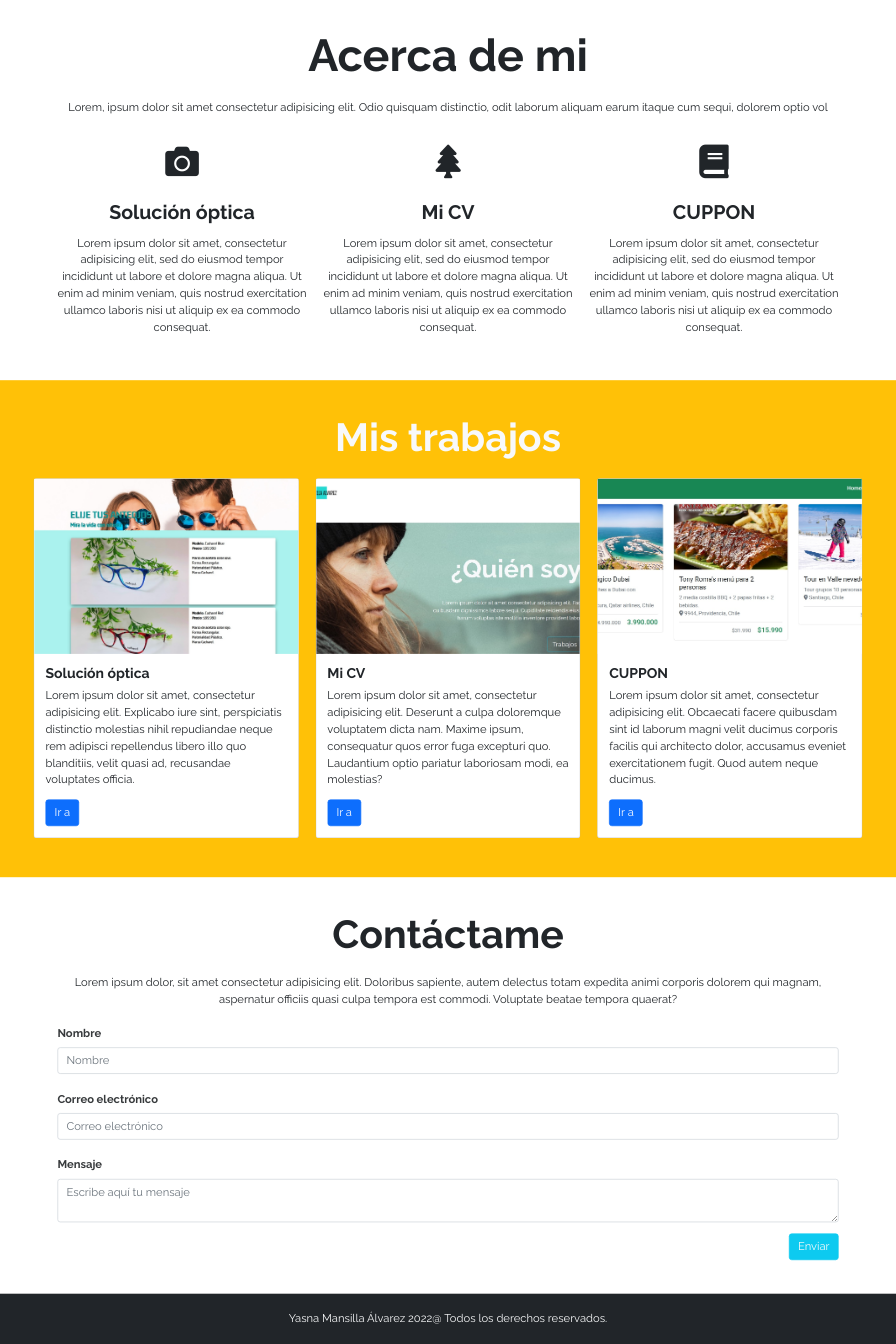
Repository: Yasna2112/Portafolio-final
Page: index.html
An editor plug-in stored every save of this project. The page is shown before and after the next save, followed by the edit.
The browser window is 1280 px wide. The pictures show the part of the page from y = 703 to 2623 px (the page is 2623 px tall), at 70% of full size.
Some web libraries are served in a nearby version.

Above is the page before, as saved 2022-07-23 07:44:41.

After the next save:
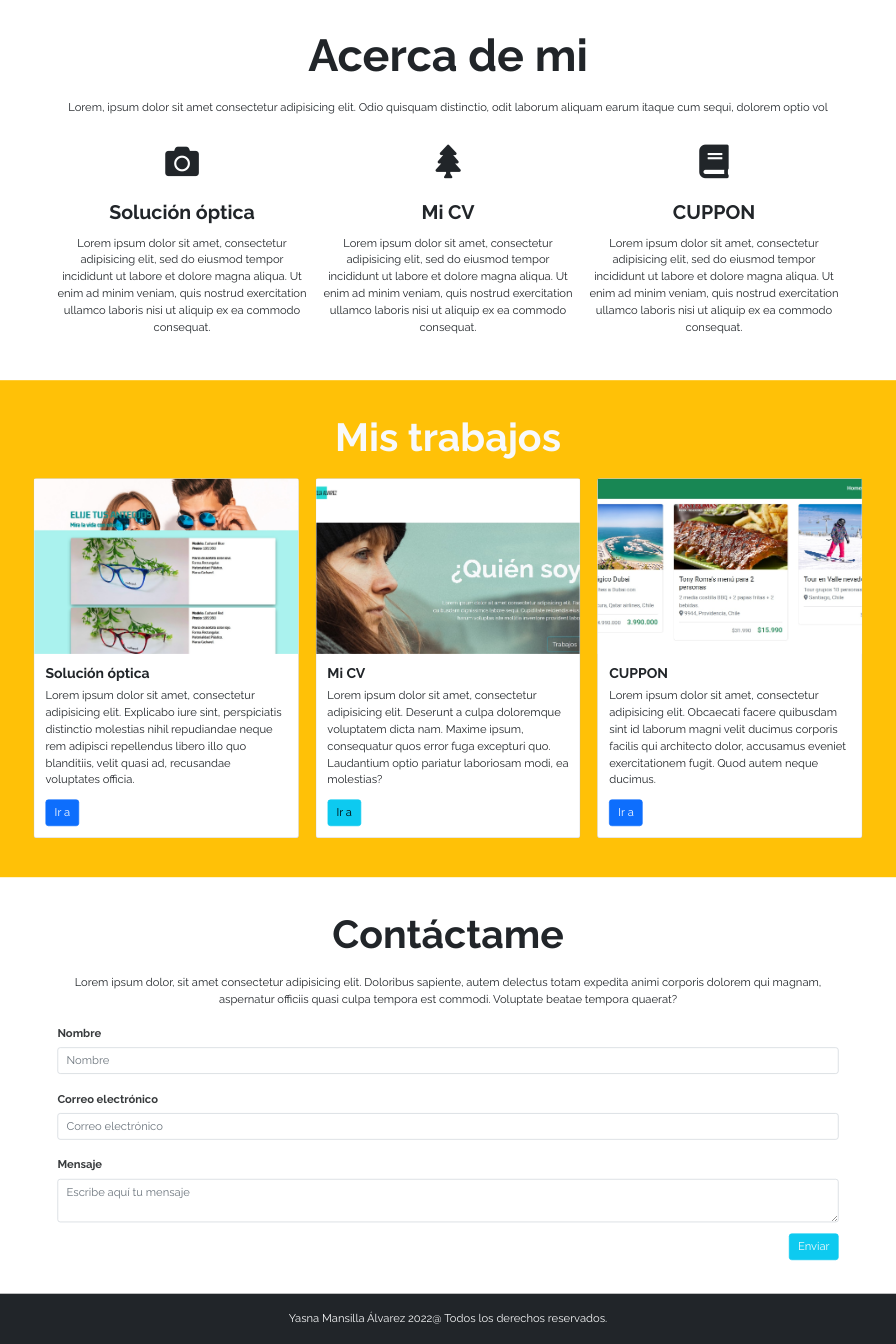
Saved 71 s later.
--- a/index.html
+++ b/index.html
@@ -143,7 +143,7 @@
                             consequatur quos error fuga excepturi quo. Laudantium optio
                             pariatur laboriosam modi, ea molestias?
                         </p>
-                        <a href="https://github.com/Yasna2112/Portafolio_Mi-CV" class="btn btn-primary enabled" tabindex="-1" role="button"
+                        <a href="https://github.com/Yasna2112/Portafolio_Mi-CV" class="btn btn-info enabled" tabindex="-1" role="button"
                         aria-disabled="true">Ir a</a>
                     </div>
                 </div>
